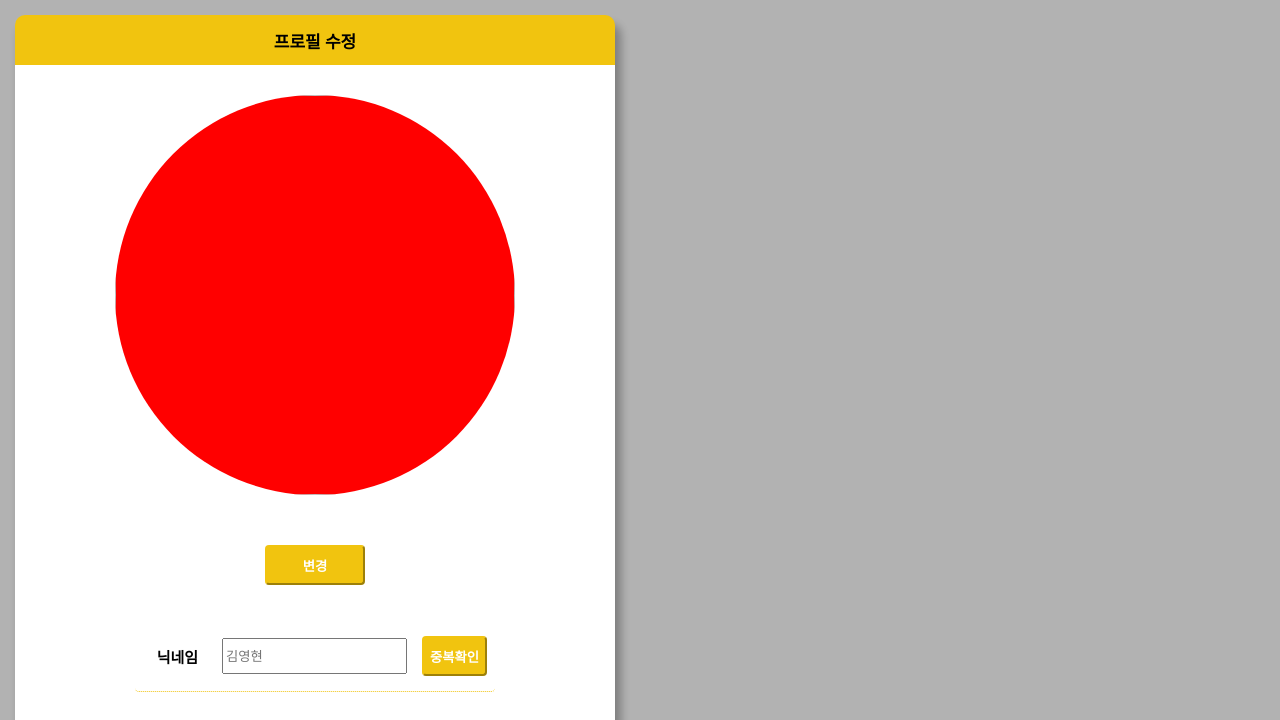
Repository: Corn-Market/Front-end
Page: http://localhost/CornMarket/resources/views/popup_profile_update.jsp
These files come from the project's save history. The page is drawn as it stood at one moment and after the next save; the edit follows.
The browser window is 1280 px wide. The pictures show the whole page.
The page is served by Tomcat 9. Other server files are loaded and not shown.

Above is the page before, as saved 2022-12-19 06:22:14.

### CornMarket/src/main/webapp/resources/views/popup_profile_update.jsp
<%@ page language="java" contentType="text/html; charset=UTF-8"
    pageEncoding="UTF-8"%>
<%@ taglib uri="http://java.sun.com/jsp/jstl/core" prefix="c" %>
<c:set var="path" value="${pageContext.request.contextPath}"/>
<!DOCTYPE html>
<html>
<head>
<meta charset="EUC-KR">
<title>Insert title here</title>
<link rel="stylesheet" href="${path}/resources/css/popup_update.css"/>
<link rel="stylesheet" href="${path}/resources/css/profile_update.css"/>
<script src="https://ajax.googleapis.com/ajax/libs/jquery/3.5.1/jquery.min.js"></script><script src="https://ajax.googleapis.com/ajax/libs/jquery/3.5.1/jquery.min.js"></script>
</head>
<body>
	<div class="container">
        <div class="popup-wrap" id="popup">
          <div class="popup">
            <div class="popup-head">
                <span class="head-title">프로필 수정</span>
            </div>
            <div class="popup-body">
              <div class="body-content">
                <div class="body-titlebox">
                	<div class="update_first">
            			<img>
            			<input type="button" value="변경" onclick="change_img()">
        			</div>
                </div>
                <div class="body-contentbox">
                	 <div class="up_main">
                		<div class="up_title">닉네임</div>
                		<input type="text" placeholder="김영현" class="update_nickname">
                		<input type="button" value="중복확인" class="double_check">
           			 </div>
                </div>
              </div>
            </div>
            <div class="popup-foot">
              <span class="pop-btn confirm" id="confirm" onclick="">저장</span>
              <span class="pop-btn close" id="close" onclick="">창 닫기</span>
            </div>
          </div>
         </div>
    </div>
</body>
</html>

### CornMarket/src/main/webapp/resources/css/popup_update.css
.popup-wrap{
    background-color:rgba(0,0,0,.3);
    justify-content:center;
    align-items:center;
    position:fixed;
    top:0;
    left:0;
    right:0;
    bottom:0;
    padding:15px;

  }

  .popup{
    width:1000px;
    max-width:600px;
    border-radius:10px;
    overflow:hidden;
    background-color:rgb(241, 196, 15);
    font-size: 17px;
    font-weight: bold;
    box-shadow: 5px 10px 10px 1px rgba(0,0,0,.3);
  }

  .popup-head{
    width:100%;
    height:50px;
    display:flex;
    align-items:center;
    justify-content:center;
  }

  .popup-body{
    background-color:#ffffff;
  }
  .body-content{
    padding:20px;
  }
  .body-titlebox{
    text-align:center;
    width:500px;
    height:500px;
    margin:10px auto;
  }

  .update_first img{
    width:400px;
    height:400px;
    border-radius: 50%;
    background-color: red;
    margin:0px auto;
    display: block;
}
  .body-contentbox{
  	width:360px;
  	height:100px;
    margin:10px auto;
    margin-top:30px;
  }

  .popup-foot{
    width:100%;
    height:50px;
    display: flex;
  }

  .pop-btn{
    display:inline-flex;
    width:50%;
    height:100%;
    justify-content:center;
    align-items:center;
    float:left;
    color:rgb(255, 255, 255);
    cursor:pointer;
  }
  .pop-btn.confirm{
    border-right:1px solid black;
  }

  .search_btn{
  	 width:100px;
      height:40px;
      border-radius: 4px;
      border-color: rgb(241, 196, 15);
      background-color: rgb(241, 196, 15);
      color: rgb(255, 255, 255);
      font-weight: bold;
      display: block;
      margin:20px auto;
  }

  .body_contentbox h3{
  		text-align:center;
  }

### CornMarket/src/main/webapp/resources/css/profile_update.css
.update_wrap{
    width:70%;
    margin:0px auto;
    background-color: #fbf7f2;
    padding: 40px;
}

.update_first{
    width:450px;
    height:500px;
    margin:10px auto;
    margin-bottom: 30px;
}

.update_first img{
    width:400px;
    height:400px;
    border-radius: 50%;
    background-color: red;
    margin:0px auto;
    display: block;
}

.update_first input{
    width:100px;
    height:40px;
    margin:50px auto;
    border-radius: 4px;
    border-color: rgb(241, 196, 15);
    background-color: rgb(241, 196, 15);
    color: rgb(255, 255, 255);
    font-weight: bold;
    display: block;
}

.update_second{
    width:800px;
    margin:80px auto;
    padding:5px;
    border:0.3px solid rgb(241, 196, 15);
    border-radius: 4px;
}

.up_title{
    width:150px;
    height:50px;
    border-radius: 4px;
    font-size: 15px;
    font-weight: bold;
    text-align: center;
    line-height: 50px;
}

.update_nickname{
    width:250px;
    height:30px;
    margin-top: 5px;
    margin-right: 15px;
    margin-left: 10px;
}

.up_main{
    display:flex;
    height:50px;
    padding:8px;
    border-bottom:0.1px dotted rgb(241, 196, 15);
    border-radius: 4px;
    margin-bottom: 10px;
}
.map_zone{
    padding:8px;
    border-bottom:0.1px dotted rgb(241, 196, 15);
    border-radius: 4px;
    margin-bottom: 10px;
}
.update_map{
    display: flex;
    height:300px;
    padding:8px;
    margin-bottom: 10px;
}

.map_search{
    width:400px;
    display: flex;
    margin-left: 150px;
}

.double_check{
    width:100px;
    height:40px;
    margin-top: 3px;
    border-radius: 4px;
    border-color: rgb(241, 196, 15);
    background-color: rgb(241, 196, 15);
    color: rgb(255, 255, 255);
    font-weight: bold;
    display: block;
}
.search_location{
    width:120px;
    height:40px;
    margin-top: 3px;
    border-radius: 4px;
    border-color: rgb(241, 196, 15);
    background-color: rgb(241, 196, 15);
    color: rgb(255, 255, 255);
    font-weight: bold;
    display: block;
}

.update_third input{
    width:100px;
    height:40px;
    margin:15px auto;
    border-radius: 4px;
    border-color: rgb(241, 196, 15);
    background-color: rgb(241, 196, 15);
    color: rgb(255, 255, 255);
    font-weight: bold;
    display: block;
}

.map{
    width:500px;
    height:300px;
    margin-left: 2px;
    background-color: blue;
}

.profile_phone{
    width:200px;
    height:30px;
    margin-top: 11px;
    margin-left: 10px;
    margin-right: 10px;
}


.join_first_email{
    height:100px;
    padding:8px;
    border-bottom:0.1px dotted rgb(241, 196, 15);
    border-radius: 4px;
    margin-bottom: 10px;
}

.join_email_second{
    display: flex;
}

.join_input_email{
    margin-left: 10px;
    margin-right: 10px;
    margin-top: 2px;
    width:150px;
    height:30px;
}

.join_email_first{
    display: flex;
}

.email_num{
    width:120px;
    height:30px;
    margin-left: 160px;
    margin-right: 10px;
    margin-top: 2px;
}

After the next save:
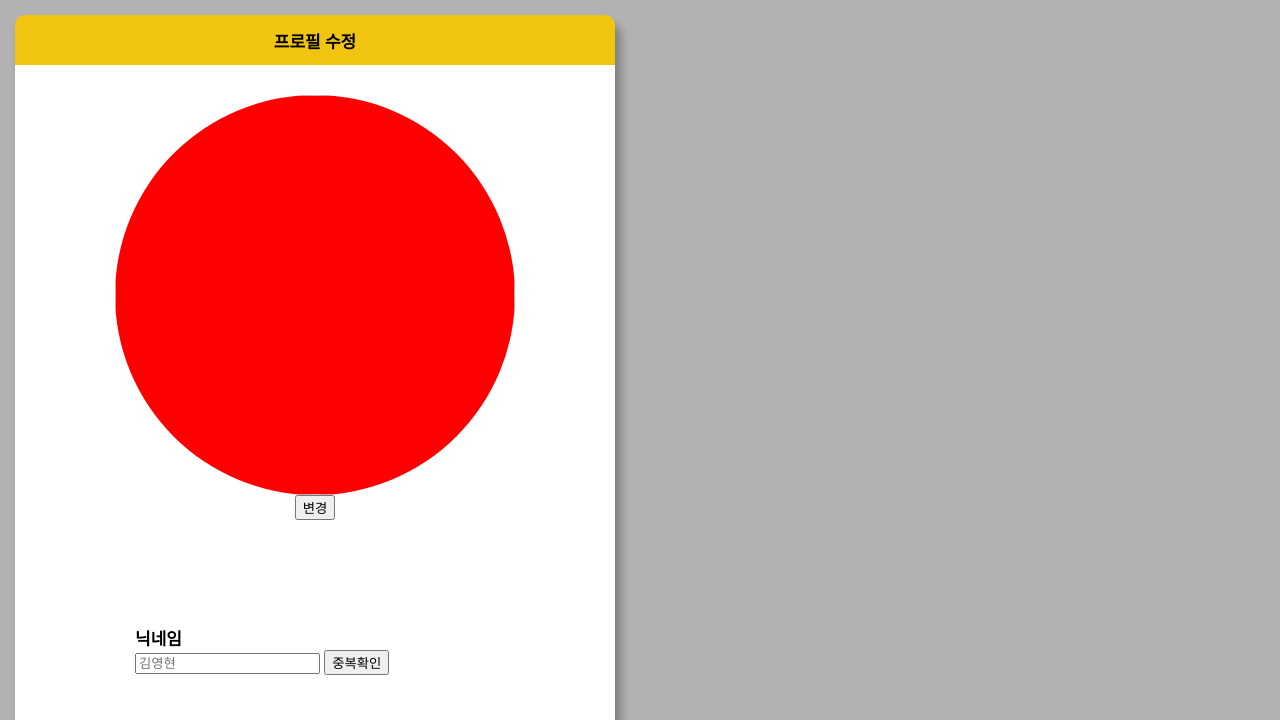
Saved 20 s later.
--- a/CornMarket/src/main/webapp/resources/views/popup_profile_update.jsp
+++ b/CornMarket/src/main/webapp/resources/views/popup_profile_update.jsp
@@ -8,7 +8,6 @@
 <meta charset="EUC-KR">
 <title>Insert title here</title>
 <link rel="stylesheet" href="${path}/resources/css/popup_update.css"/>
-<link rel="stylesheet" href="${path}/resources/css/profile_update.css"/>
 <script src="https://ajax.googleapis.com/ajax/libs/jquery/3.5.1/jquery.min.js"></script><script src="https://ajax.googleapis.com/ajax/libs/jquery/3.5.1/jquery.min.js"></script>
 </head>
 <body>
